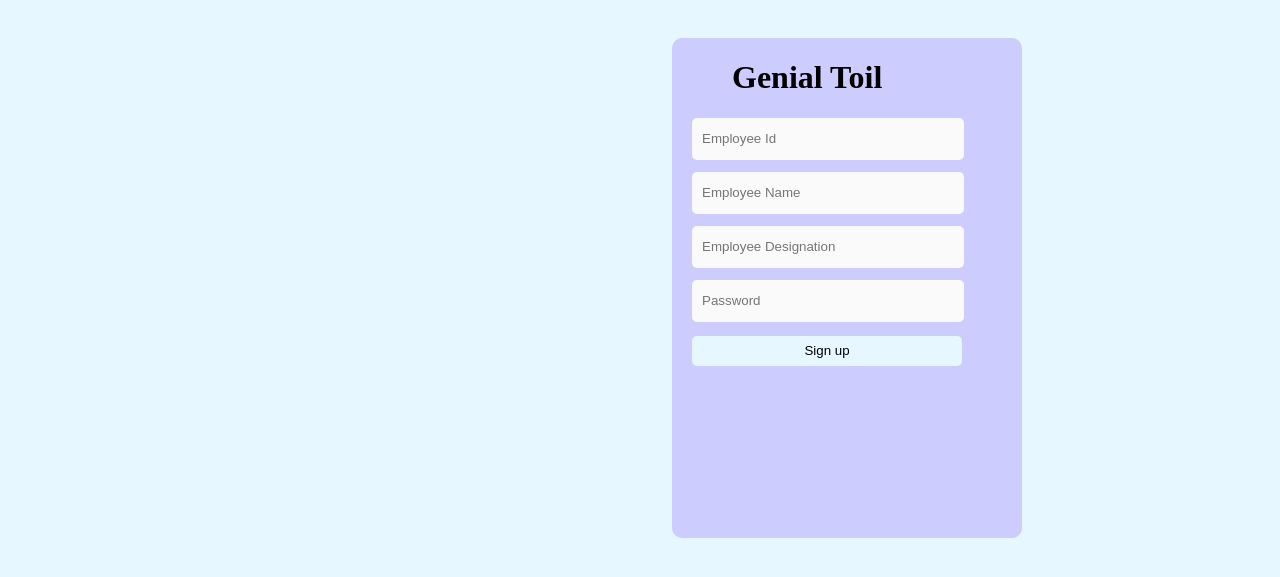
Repository: robin9533/Basic-Programs-App.
Page: GW-Genial Work Proj/GT_GenialToil/WebContent/EmployeeSignup.html
The author's editor kept a copy of each file at every save. The page is drawn from the files as they stood at one save, then again after the next save.
The browser window is 1280 px wide. The pictures show the whole page.

Above is the page before, as saved 2019-05-10 10:07:19.

After the next save:
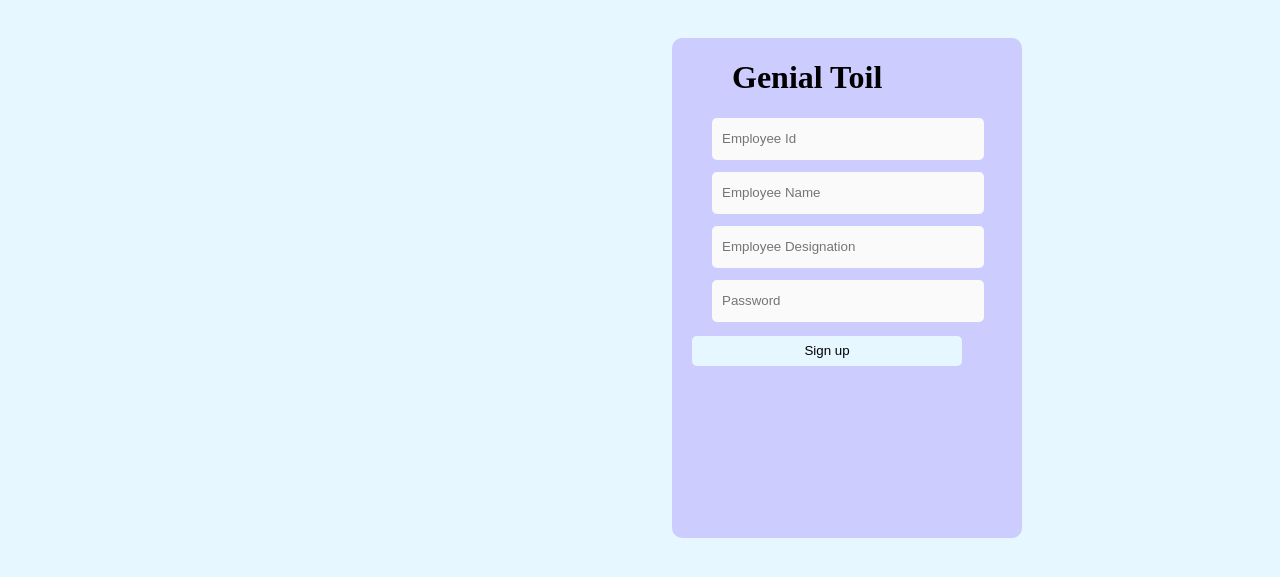
Saved 49 s later.
--- a/GW-Genial Work Proj/GT_GenialToil/WebContent/EmployeeSignup.css
+++ b/GW-Genial Work Proj/GT_GenialToil/WebContent/EmployeeSignup.css
@@ -18,7 +18,7 @@ body{
 	width: 260px;
 	height:40px;
 	margin-bottom:12px;
-	margin-left:20px;
+	margin-left:40px;
 	background: #fafafa;
 	border: none;
 	border:0px solid gray;
